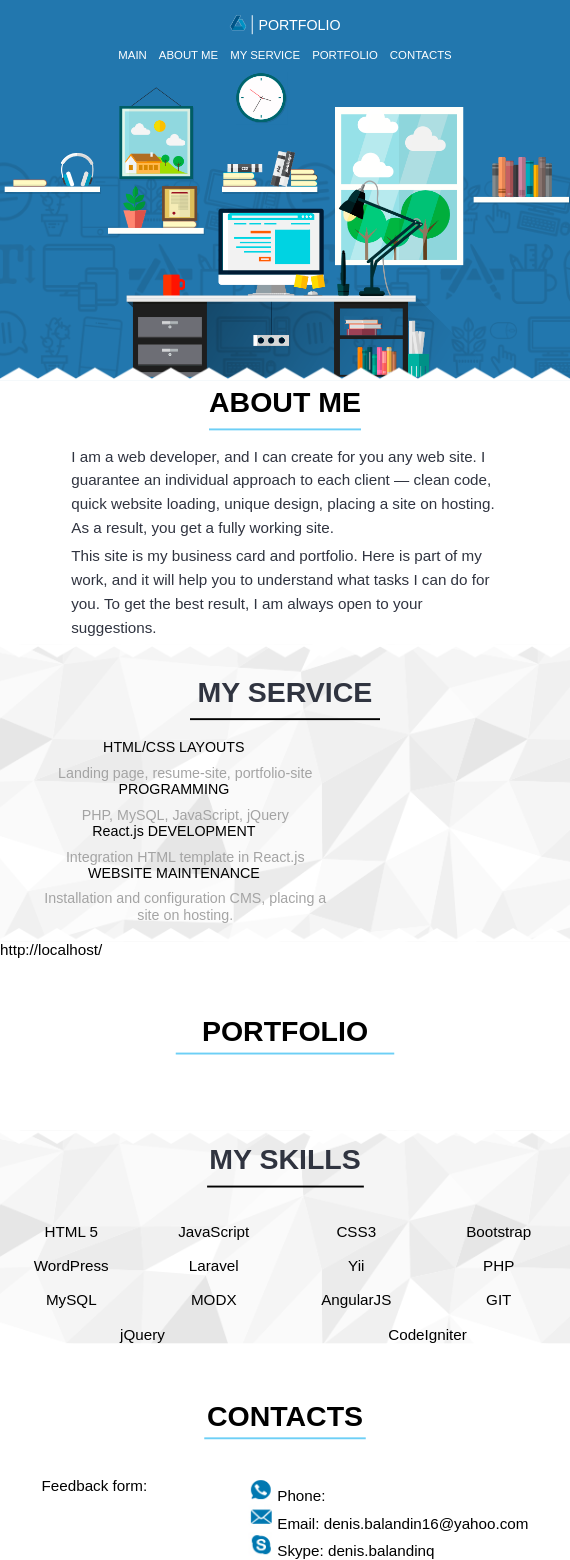
Repository: DenisBalandin/Portfolio
Page: /
These files come from the project's save history. The page is drawn as it stood at one moment and after a run of saves; the edit follows.
The browser window is 600 px wide. The pictures show the whole page, at 95% of full size.
Pictures or frames that could not be fetched are drawn as grey boxes. The page's requests for data from a server got no answer. The project was rebuilt for these pictures with package versions that can differ from the ones it lists, and the page was loaded fresh each time. No one was signed in, and anything a server would have sent is missing. Also part of the build but not shown: src/ItemPage.js.

Above is the page before, as saved 2020-03-07 15:53:58.

After the next 2 saves:
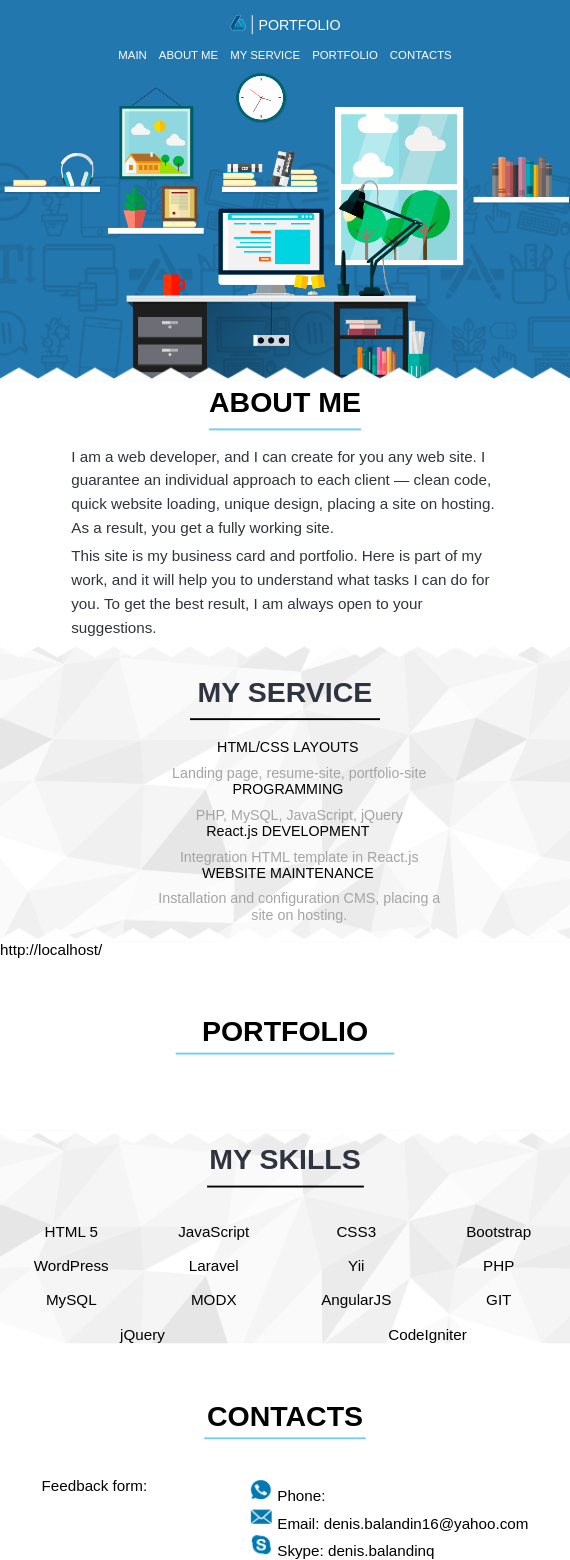
The 2 saves are shown as one change because 1 did not build or start.
The last was saved 44 s later.
--- a/src/style.scss
+++ b/src/style.scss
@@ -497,3 +497,11 @@
 
     }
 }
+
+@media all and (max-width: 650px) {
+    #my_service{
+        width: 50%!important;
+
+
+    }
+}
